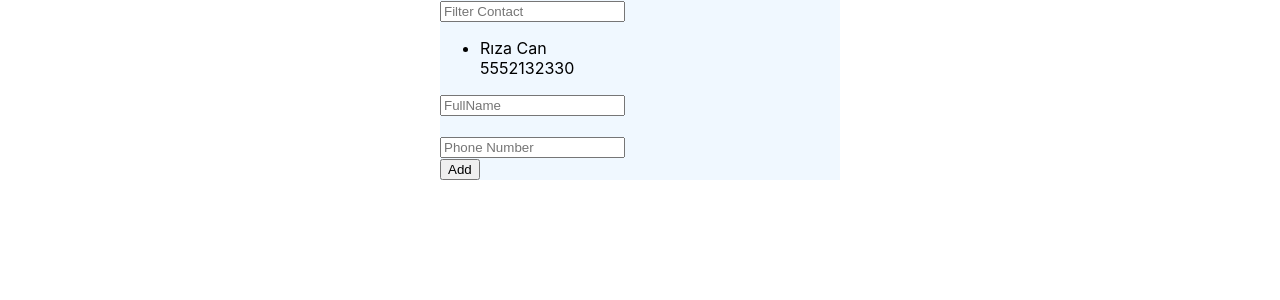
Repository: rizacantire/patika-react
Page: / (app in hello/)
An editor plug-in stored every save of this project. The page is shown before and after the next save, followed by the edit.
The browser window is 1280 px wide. The pictures show the whole page.
The project was rebuilt for these pictures with package versions that can differ from the ones it lists, and the page was loaded fresh each time.

Above is the page before, as saved 2021-12-14 14:52:11.

After the next save:
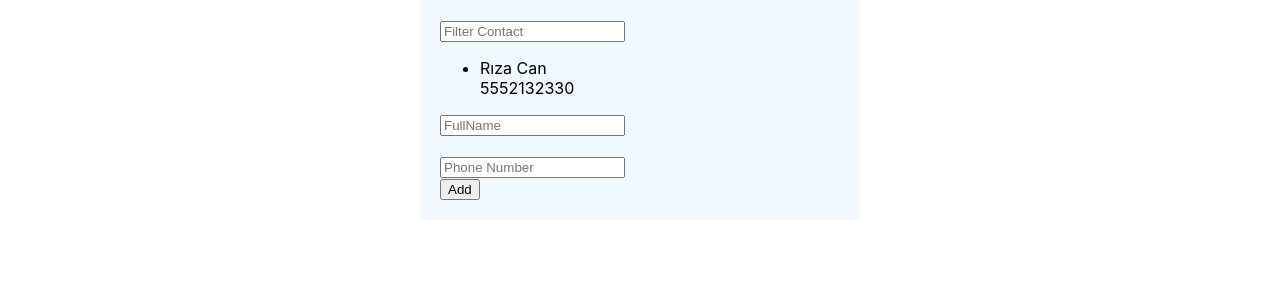
Saved 20 s later.
--- a/hello/src/App.css
+++ b/hello/src/App.css
@@ -2,10 +2,12 @@
   display: flex;
   justify-content: center;
   align-items: center;
+
 
 }
 
 #container{
   width: 400px;
   background-color: aliceblue;
+  padding:20px
 }
